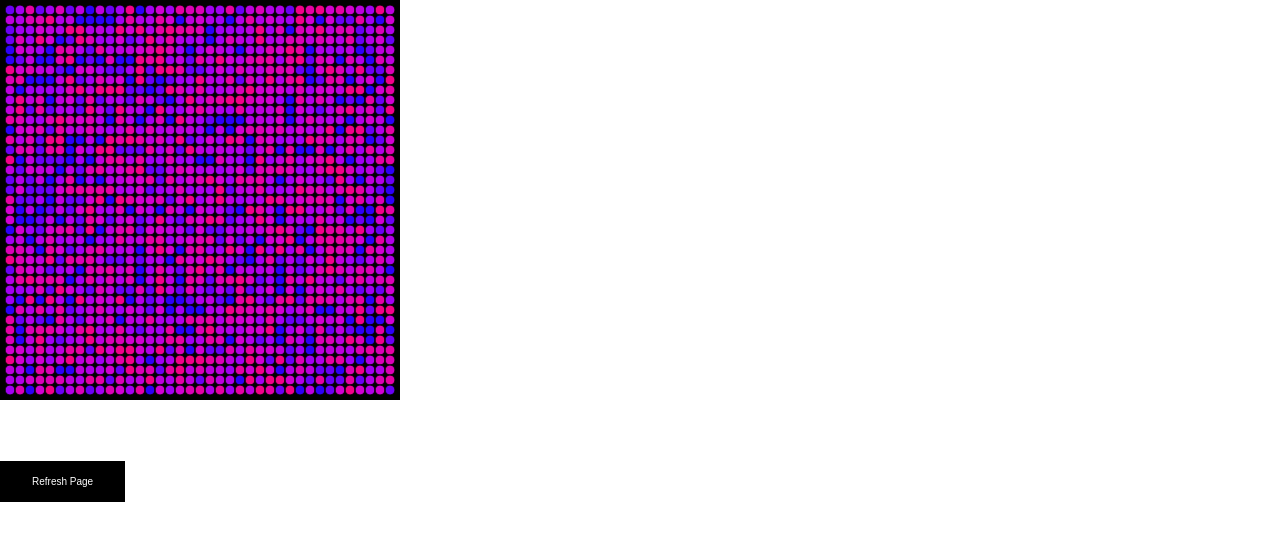
Repository: patriciqa/GenComp
Page: content/day02/pattern/index.html
These files come from the project's save history. The page is drawn as it stood at one moment and after the next save; the edit follows.
The browser window is 1280 px wide. The pictures show the whole page.

Above is the page before, as saved 2021-09-30 11:39:59.

After the next save:
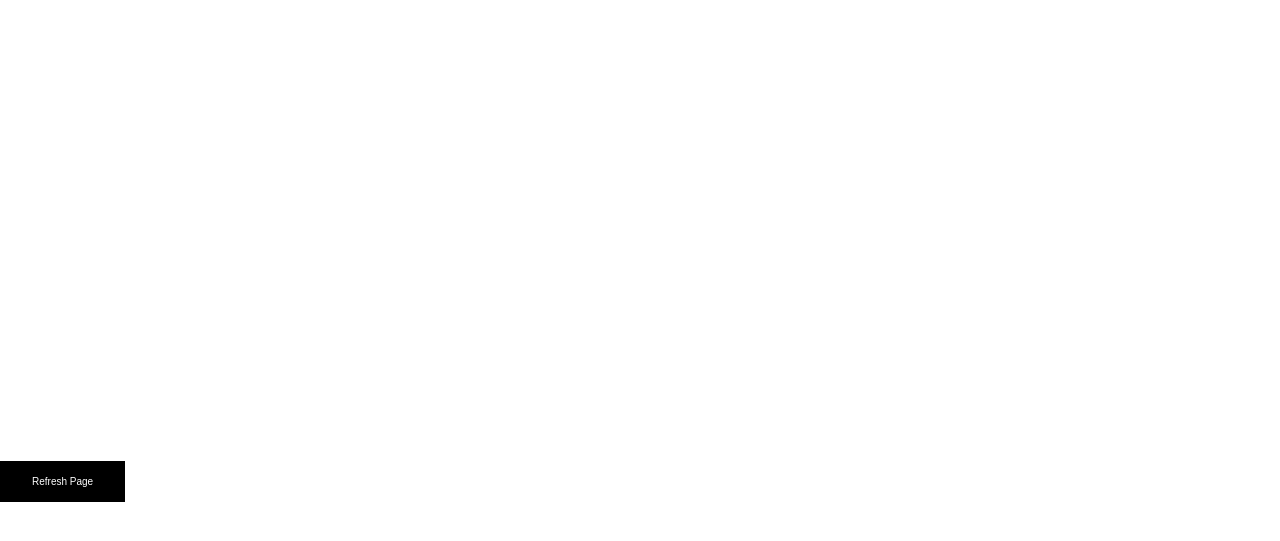
Saved 28 s later.
--- a/content/day02/pattern/circlePattern.js
+++ b/content/day02/pattern/circlePattern.js
@@ -25,7 +25,7 @@
 function setup() {
   createCanvas(400, 400);
   stroke(0)
-  frameRate(10000)
+  frameRate(0.1)
   // noLoop();
 }
 
